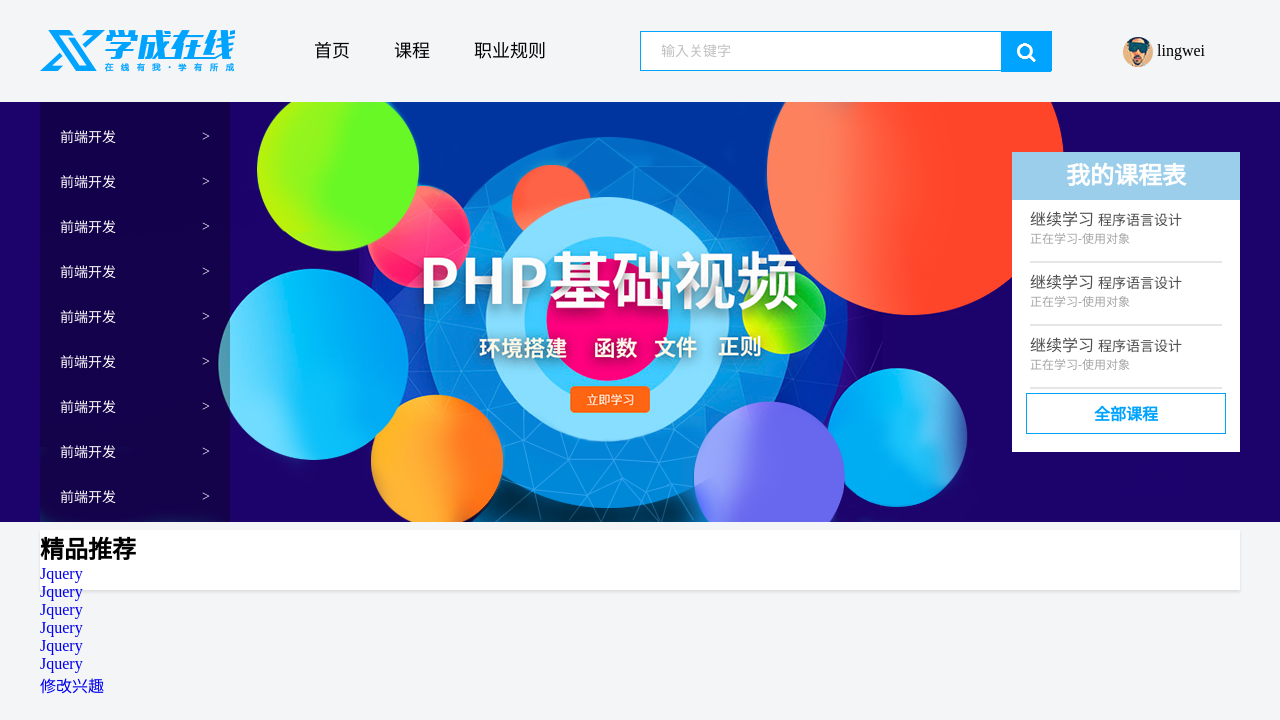
Repository: DengBiHua/xcdx
Page: index.html
These files come from the project's save history. The page is drawn as it stood at one moment and after the next save; the edit follows.
The browser window is 1280 px wide. The pictures show the whole page.

Above is the page before, as saved 2022-04-14 23:14:18.

After the next save:
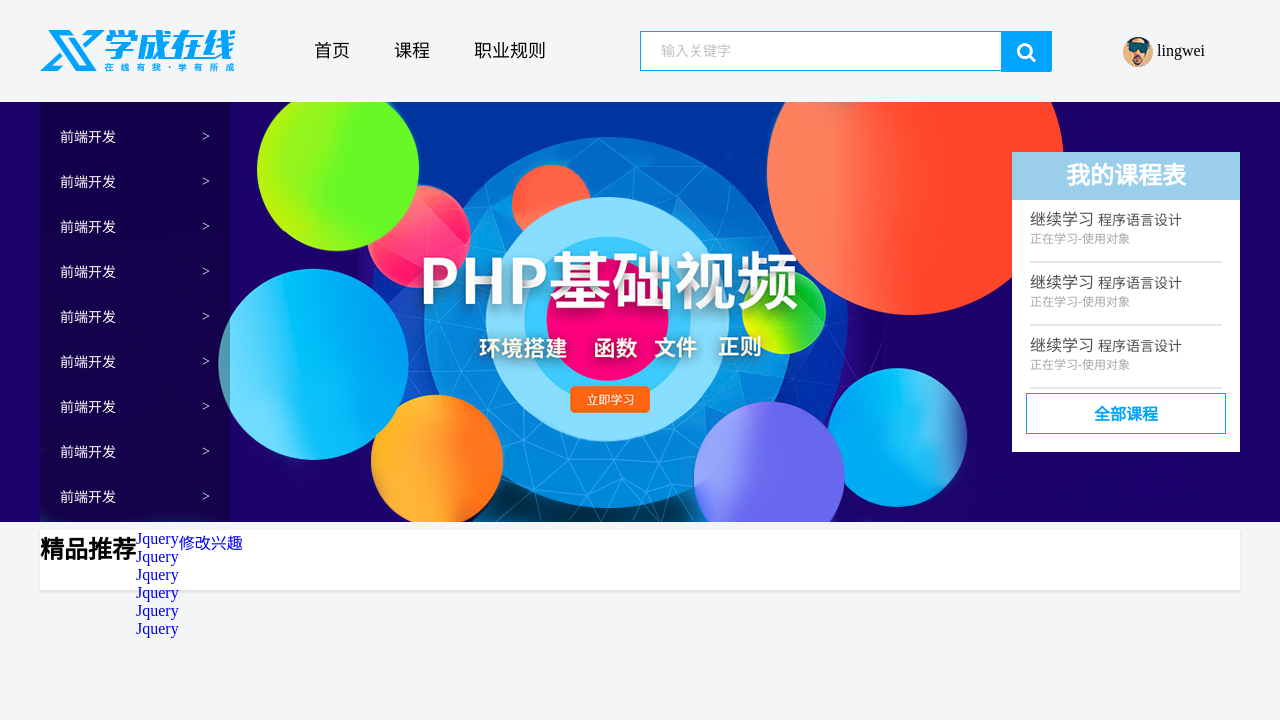
Saved 4 min 0 s later.
--- a/css/index.css
+++ b/css/index.css
@@ -218,3 +218,15 @@
     background-color: #ffffff;
     box-shadow: 0px 2px 3px 0px rgba(118, 118, 118, 0.2);
 }
+
+.recommend h2 {
+    float: left;
+}
+
+.recommend ul {
+    float: left;
+}
+
+.recommend .interest {
+    float: right;
+}
